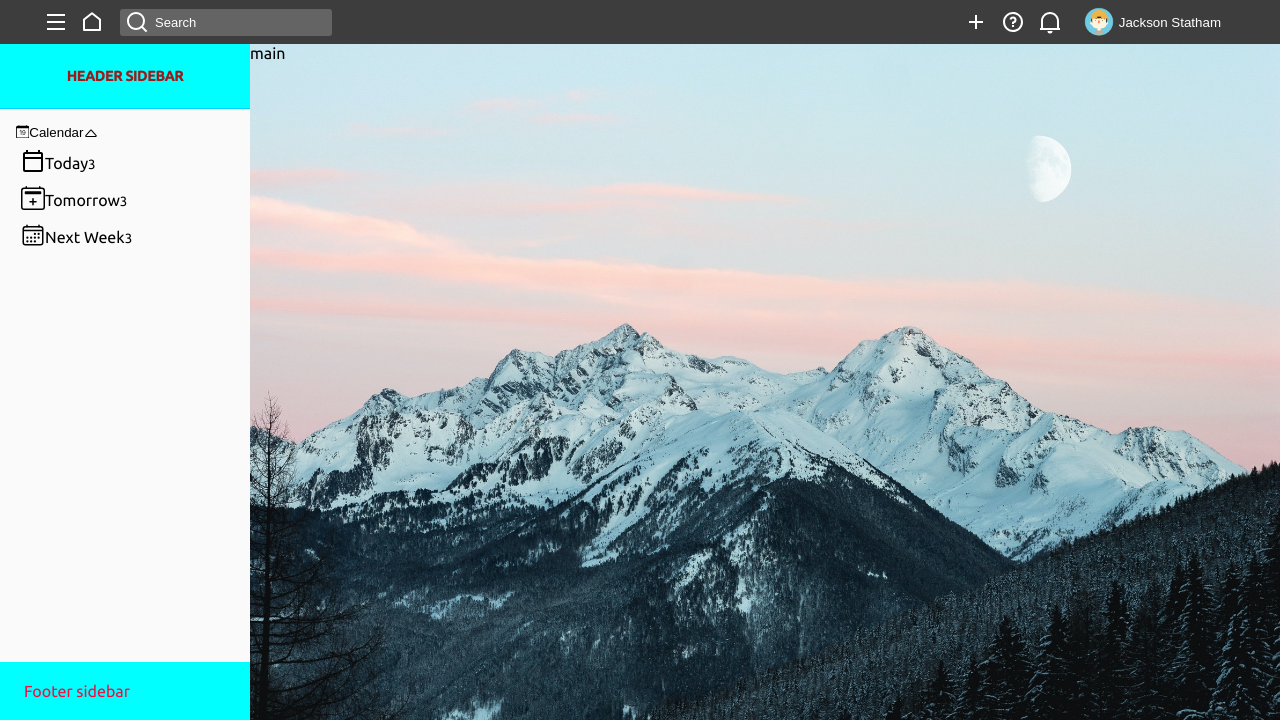
Repository: huuthe1999/to-do-list
Page: /
An editor plug-in stored every save of this project. The page is shown before and after the next save, followed by the edit.
The browser window is 1280 px wide. The pictures show the whole page.
The project was rebuilt for these pictures with package versions that can differ from the ones it lists, and the page was loaded fresh each time. Also part of the build but not shown: src/components/form/addForm/addForm.scss, src/components/form/addForm/AddForm.js, src/components/modal/modal.scss, src/components/modal/Modal.js.

Above is the page before, as saved 2022-02-17 14:32:22.

After the next save:
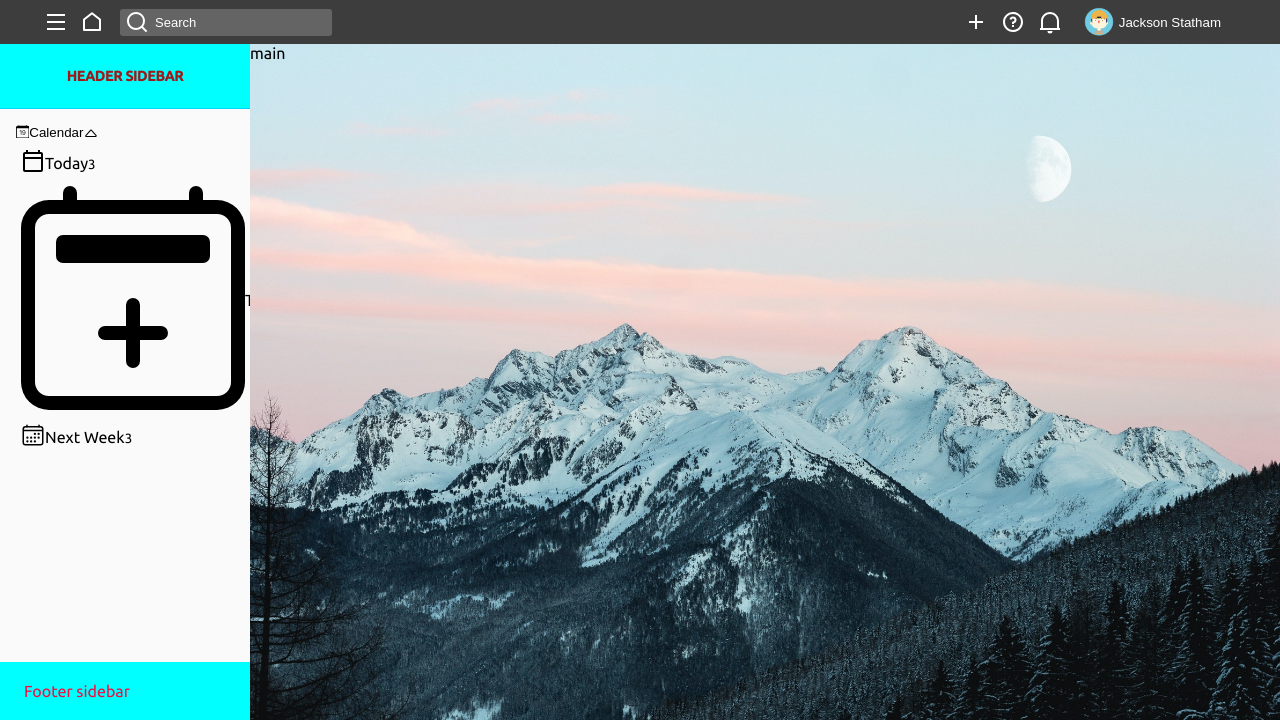
Saved 9 s later.
--- a/src/components/calendar/Calendar.js
+++ b/src/components/calendar/Calendar.js
@@ -6,7 +6,7 @@ import './calendar.scss';
 import CalendarItem from './calendarItem/CalendarItem';
 const calendarList = [
 	{ id: 1, name: 'Today', icon: <MdOutlineCalendarToday size='24px' /> },
-	{ id: 2, name: 'Tomorrow', icon: <BsCalendar2Plus size='24px' /> },
+	{ id: 2, name: 'Tomorrow', icon: <BsCalendar2Plus size='224px' /> },
 	{ id: 3, name: 'Next Week', icon: <IoCalendarOutline size='24px' /> },
 ];
 const Calendar = () => {
